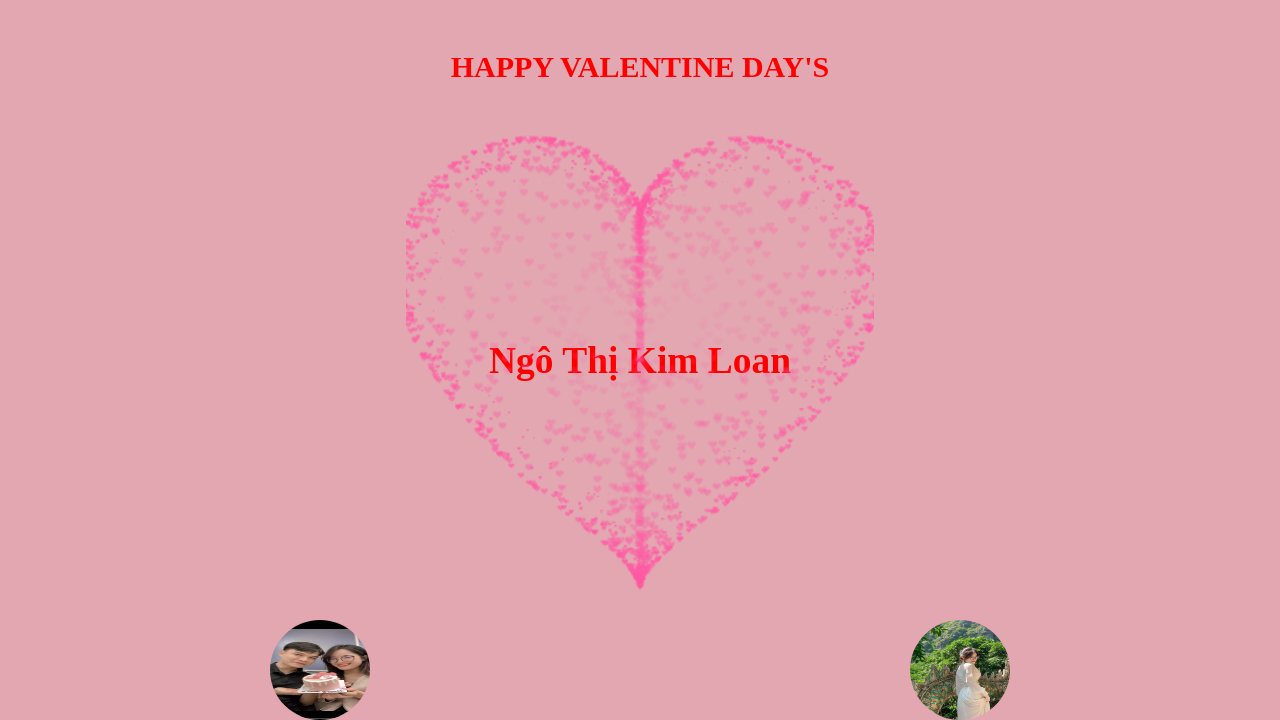
Repository: congbnvn0709/happy-valentine
Page: index.html
An editor plug-in stored every save of this project. The page is shown before and after the next save, followed by the edit.
The browser window is 1280 px wide. The pictures show the whole page.

Above is the page before, as saved 2023-01-30 23:34:03.

### index.html
<!DOCTYPE html PUBLIC "-//W3C//DTD HTML 4.0 Transitional//EN">
<html>
  <head>
    <title>Happy valentine day's</title>
    <meta name="Generator" content="EditPlus" />
    <meta name="Author" content="" />
    <meta name="Keywords" content="" />
    <meta name="Description" content="" />
    <link rel="stylesheet" type="text/css" href="style.css" />
  </head>

  <body>
    <p class="title">HAPPY VALENTINE DAY'S</p>
    <h1>Ngô Thị Kim Loan</h1>

    <div class="box">
      <canvas id="pinkboard"></canvas>
    </div>
    <div class="image">
        <img class="image1" src="./person1.jpg" alt="" srcset="">
        <img class="image1" src="./person2.jpg" alt="" srcset="">
    </div>
    <script src="app.js"></script>
  </body>
</html>

### style.css
html,
body {
  height: 100%;
  padding: 0;
  margin: 0;
  background: rgb(227, 167, 177);
  display: flex;
  justify-content: center;
  align-items: center;
}

h1 {
  color: red;
}

.box {
  width: 100%;
  position: absolute;
  top: 50%;
  left: 50%;
  transform: translate(-50%, -50%);
  display: flex;
  flex-direction: column;
}

canvas {
  position: absolute;
  width: 100%;
  height: 100%;
}

#pinkboard {
  position: relative;
  margin: auto;
  height: 400px;
  width: 400px;
  animation: animate 2s infinite;
}

h1 {
  animation: animate 2s infinite;
}

#pinkboard:before,
#pinkboard:after {
  content: "";

  position: absolute;

  background: #ff5ca4;

  width: 100px;

  height: 160px;

  border-top-left-radius: 50px;

  border-top-right-radius: 50px;
}

#pinkboard:before {
  left: 100px;

  transform: rotate(-45deg);

  transform-origin: 0 100%;

  box-shadow: 0 14px 28px rgba(0, 0, 0, 0.25), 0 10px 10px rgba(0, 0, 0, 0.22);
}

#pinkboard:after {
  left: 0;

  transform: rotate(45deg);

  transform-origin: 100% 100%;
}

@keyframes animate {
  0% {
    transform: scale(1);
  }

  30% {
    transform: scale(0.8);
  }

  60% {
    transform: scale(1.2);
  }

  100% {
    transform: scale(1);
  }
}

.title {
  position: absolute;
  top: 20px;
  color: red;
  font-size: 30px;
  font-weight: 700;
}
.image{
    display: flex;
    width: 100%;
    justify-content: space-around;
    position: absolute;
    bottom: 0;
}
.image1{
    width: 100px;
    height: 100px;
    border-radius: 50%;
}

### app.js
var settings = {
    particles: {
      length: 2000,
      duration: 3,
      velocity: 100,
      effect: -1,
      size: 8,
    },
  };

  (function () {
    var b = 0;

    var c = ["ms", "moz", "webkit", "o"];

    for (var a = 0; a < c.length && !window.requestAnimationFrame; ++a) {
      window.requestAnimationFrame = window[c[a] + "RequestAnimationFrame"];

      window.cancelAnimationFrame =
        window[c[a] + "CancelAnimationFrame"] ||
        window[c[a] + "CancelRequestAnimationFrame"];
    }

    if (!window.requestAnimationFrame) {
      window.requestAnimationFrame = function (h, e) {
        var d = new Date().getTime();

        var f = Math.max(0, 16 - (d - b));

        var g = window.setTimeout(function () {
          h(d + f);
        }, f);

        b = d + f;

        return g;
      };
    }

    if (!window.cancelAnimationFrame) {
      window.cancelAnimationFrame = function (d) {
        clearTimeout(d);
      };
    }
  })();

  var Point = (function () {
    function Point(x, y) {
      this.x = typeof x !== "undefined" ? x : 0;

      this.y = typeof y !== "undefined" ? y : 0;
    }

    Point.prototype.clone = function () {
      return new Point(this.x, this.y);
    };

    Point.prototype.length = function (length) {
      if (typeof length == "undefined")
        return Math.sqrt(this.x * this.x + this.y * this.y);

      this.normalize();

      this.x *= length;

      this.y *= length;

      return this;
    };

    Point.prototype.normalize = function () {
      var length = this.length();

      this.x /= length;

      this.y /= length;

      return this;
    };

    return Point;
  })();

  var Particle = (function () {
    function Particle() {
      this.position = new Point();

      this.velocity = new Point();

      this.acceleration = new Point();

      this.age = 0;
    }

    Particle.prototype.initialize = function (x, y, dx, dy) {
      this.position.x = x;

      this.position.y = y;

      this.velocity.x = dx;

      this.velocity.y = dy;

      this.acceleration.x = dx * settings.particles.effect;

      this.acceleration.y = dy * settings.particles.effect;

      this.age = 0;
    };

    Particle.prototype.update = function (deltaTime) {
      this.position.x += this.velocity.x * deltaTime;

      this.position.y += this.velocity.y * deltaTime;

      this.velocity.x += this.acceleration.x * deltaTime;

      this.velocity.y += this.acceleration.y * deltaTime;

      this.age += deltaTime;
    };

    Particle.prototype.draw = function (context, image) {
      function ease(t) {
        return --t * t * t + 1;
      }

      var size = image.width * ease(this.age / settings.particles.duration);

      context.globalAlpha = 1 - this.age / settings.particles.duration;

      context.drawImage(
        image,

        this.position.x - size / 2,

        this.position.y - size / 2,

        size,

        size
      );
    };

    return Particle;
  })();

  var ParticlePool = (function () {
    var particles,
      firstActive = 0,
      firstFree = 0,
      duration = settings.particles.duration;

    function ParticlePool(length) {
      particles = new Array(length);

      for (var i = 0; i < particles.length; i++)
        particles[i] = new Particle();
    }

    ParticlePool.prototype.add = function (x, y, dx, dy) {
      particles[firstFree].initialize(x, y, dx, dy);

      firstFree++;

      if (firstFree == particles.length) firstFree = 0;

      if (firstActive == firstFree) firstActive++;

      if (firstActive == particles.length) firstActive = 0;
    };

    ParticlePool.prototype.update = function (deltaTime) {
      var i;

      if (firstActive < firstFree) {
        for (i = firstActive; i < firstFree; i++)
          particles[i].update(deltaTime);
      }

      if (firstFree < firstActive) {
        for (i = firstActive; i < particles.length; i++)
          particles[i].update(deltaTime);

        for (i = 0; i < firstFree; i++) particles[i].update(deltaTime);
      }

      while (
        particles[firstActive].age >= duration &&
        firstActive != firstFree
      ) {
        firstActive++;

        if (firstActive == particles.length) firstActive = 0;
      }
    };

    ParticlePool.prototype.draw = function (context, image) {
      if (firstActive < firstFree) {
        for (i = firstActive; i < firstFree; i++)
          particles[i].draw(context, image);
      }

      if (firstFree < firstActive) {
        for (i = firstActive; i < particles.length; i++)
          particles[i].draw(context, image);

        for (i = 0; i < firstFree; i++) particles[i].draw(context, image);
      }
    };

    return ParticlePool;
  })();

  (function (canvas) {
    var context = canvas.getContext("2d"),
      particles = new ParticlePool(settings.particles.length),
      particleRate =
        settings.particles.length / settings.particles.duration,
      time;

    function pointOnHeart(t) {
      return new Point(
        160 * Math.pow(Math.sin(t), 3),

        130 * Math.cos(t) -
          50 * Math.cos(2 * t) -
          20 * Math.cos(3 * t) -
          10 * Math.cos(4 * t) +
          25
      );
    }

    var image = (function () {
      var canvas = document.createElement("canvas"),
        context = canvas.getContext("2d");

      canvas.width = settings.particles.size;

      canvas.height = settings.particles.size;

      function to(t) {
        var point = pointOnHeart(t);

        point.x =
          settings.particles.size / 2 +
          (point.x * settings.particles.size) / 350;

        point.y =
          settings.particles.size / 2 -
          (point.y * settings.particles.size) / 350;

        return point;
      }

      context.beginPath();

      var t = -Math.PI;

      var point = to(t);

      context.moveTo(point.x, point.y);

      while (t < Math.PI) {
        t += 0.01;

        point = to(t);

        context.lineTo(point.x, point.y);
      }

      context.closePath();

      context.fillStyle = "#FF5CA4";

      context.fill();

      var image = new Image();

      image.src = canvas.toDataURL();

      return image;
    })();

    function render() {
      requestAnimationFrame(render);

      var newTime = new Date().getTime() / 1000,
        deltaTime = newTime - (time || newTime);

      time = newTime;

      context.clearRect(0, 0, canvas.width, canvas.height);

      var amount = particleRate * deltaTime;

      for (var i = 0; i < amount; i++) {
        var pos = pointOnHeart(Math.PI - 2 * Math.PI * Math.random());

        var dir = pos.clone().length(settings.particles.velocity);

        particles.add(
          canvas.width / 2 + pos.x,

          canvas.height / 2 - pos.y,

          dir.x,

          -dir.y
        );
      }

      particles.update(deltaTime);

      particles.draw(context, image);
    }

    function onResize() {
      canvas.width = canvas.clientWidth;

      canvas.height = canvas.clientHeight;
    }

    window.onresize = onResize;

    setTimeout(function () {
      onResize();

      render();
    }, 10);
  })(document.getElementById("pinkboard"));

After the next save:
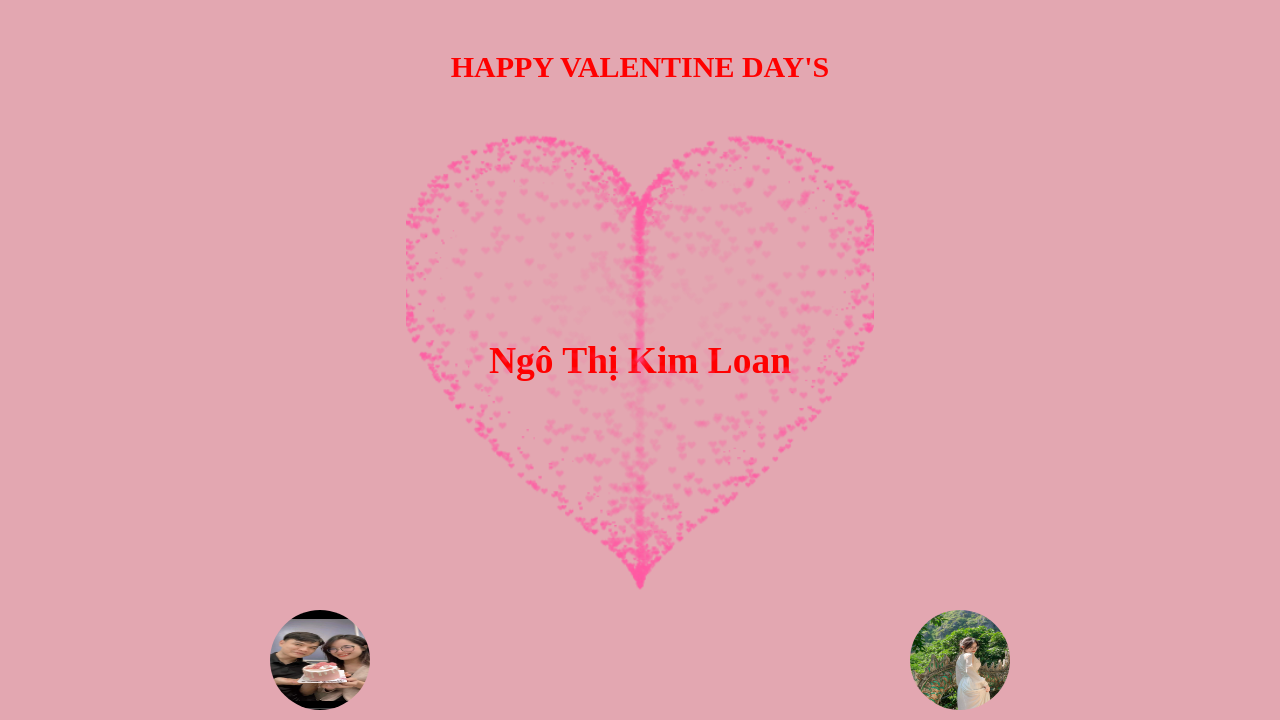
Saved 5 s later.
--- a/style.css
+++ b/style.css
@@ -106,7 +106,7 @@ h1 {
     width: 100%;
     justify-content: space-around;
     position: absolute;
-    bottom: 0;
+    bottom: 10px;
 }
 .image1{
     width: 100px;
